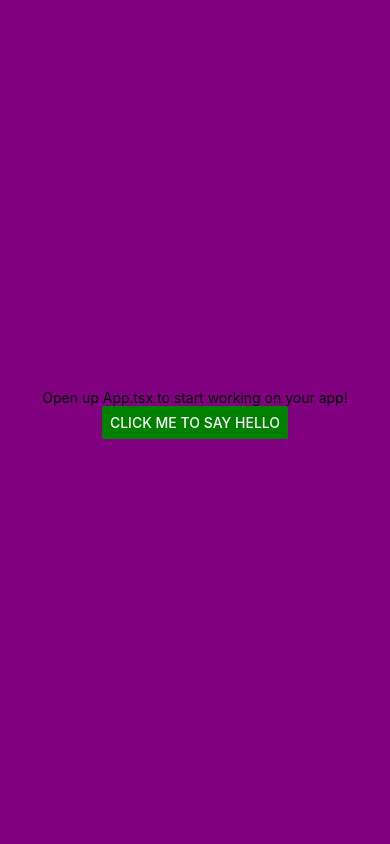
Repository: duongnoob23/WIND_SPEED_IOT
Screen: /Portfolio
An editor plug-in stored every save of this project. The screen is shown before and after the next save, followed by the edit.
The app was drawn by React Native's web renderer in a window 390 px wide. The project was rebuilt for these pictures with package versions that can differ from the ones it lists, and the page was loaded fresh each time.

Above is the screen before, as saved 2025-03-10 15:19:04.

### App.tsx
import { StatusBar } from "expo-status-bar";
import { useState } from "react";
import { StyleSheet, Text, View, Button, TextInput } from "react-native";

export default function App() {
  const [count, setCount] = useState<number>(0);

  const handleIncrease = () => {
    setCount(count + 1);
  };
  console.log(">>> check count", count);
  return (
    <View style={css.frontEnd}>
      <Text>Open up App.tsx to start working on your app!</Text>
      <StatusBar style="auto" />
      <Button
        title="Click me to say hello"
        onPress={handleIncrease}
        color="green"
      />
      <TextInput />
    </View>
  );
}

const css = StyleSheet.create({
  frontEnd: {
    flex: 1,
    backgroundColor: "purple",
    display: "flex",
    justifyContent: "center",
    alignItems: "center",
  },
});

After the next save:
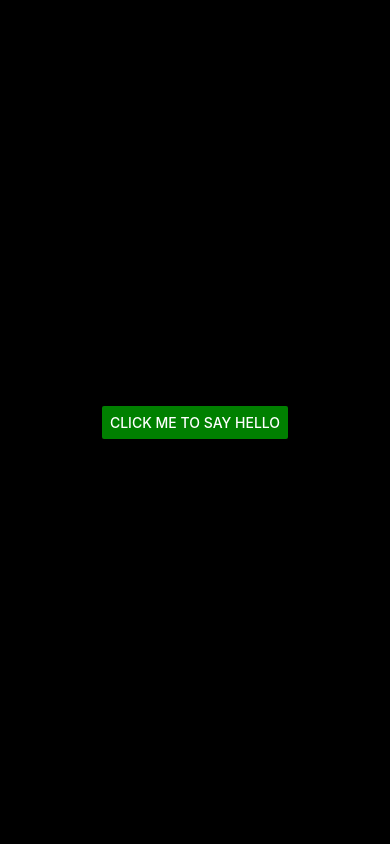
Saved 12 s later.
--- a/App.tsx
+++ b/App.tsx
@@ -26,7 +26,7 @@ export default function App() {
 const css = StyleSheet.create({
   frontEnd: {
     flex: 1,
-    backgroundColor: "purple",
+    backgroundColor: "black",
     display: "flex",
     justifyContent: "center",
     alignItems: "center",
